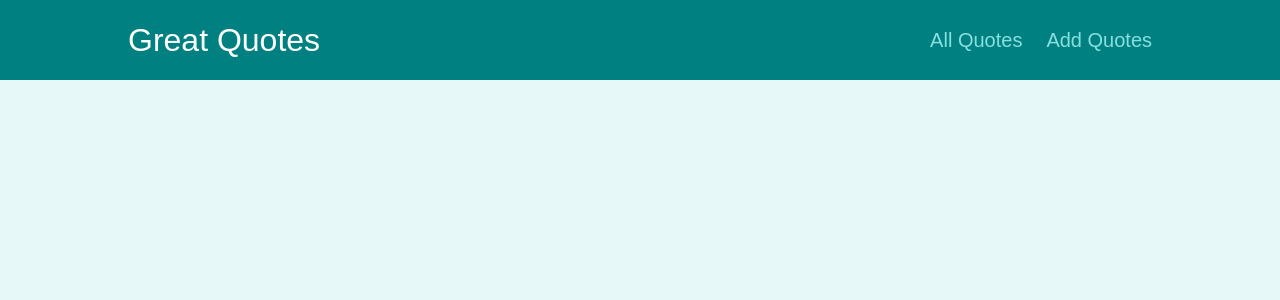
Repository: NamalPathirana/react-router-prac-two-demo
Page: /add-quotes
The author's editor kept a copy of each file at every save. The page is drawn from the files as they stood at one save, then again after the next save.
The browser window is 1280 px wide. The pictures show the whole page.
The project was rebuilt for these pictures with package versions that can differ from the ones it lists, and the page was loaded fresh each time.

Above is the page before, as saved 2022-04-17 22:24:33.

After the next save:
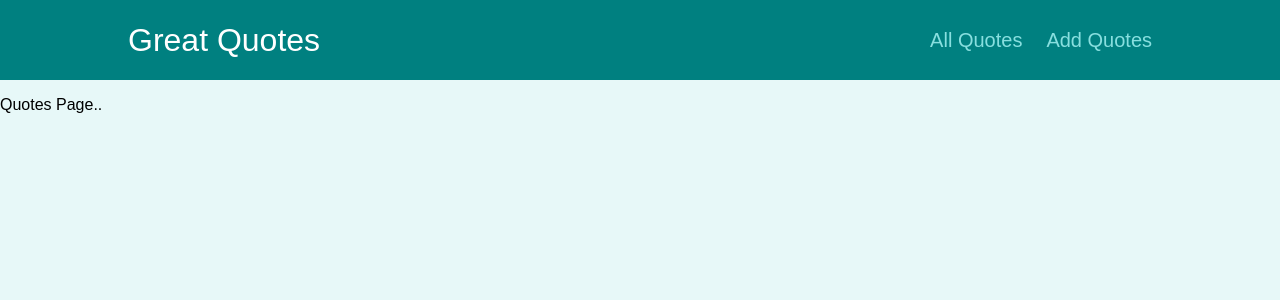
Saved 71 s later.
--- a/src/App.js
+++ b/src/App.js
@@ -1,14 +1,15 @@
 import { Fragment } from "react";
 import { Route } from "react-router-dom";
 import Header from "./components/layout/Header";
+import Quotes from "./components/pages/Quotes";
 
 function App() {
   return (
     <Fragment>
       <Header></Header>
       <main>
-        <Route>
-
+        <Route to="/Quotes/">
+          <Quotes></Quotes>
         </Route>
       </main>
     </Fragment>
